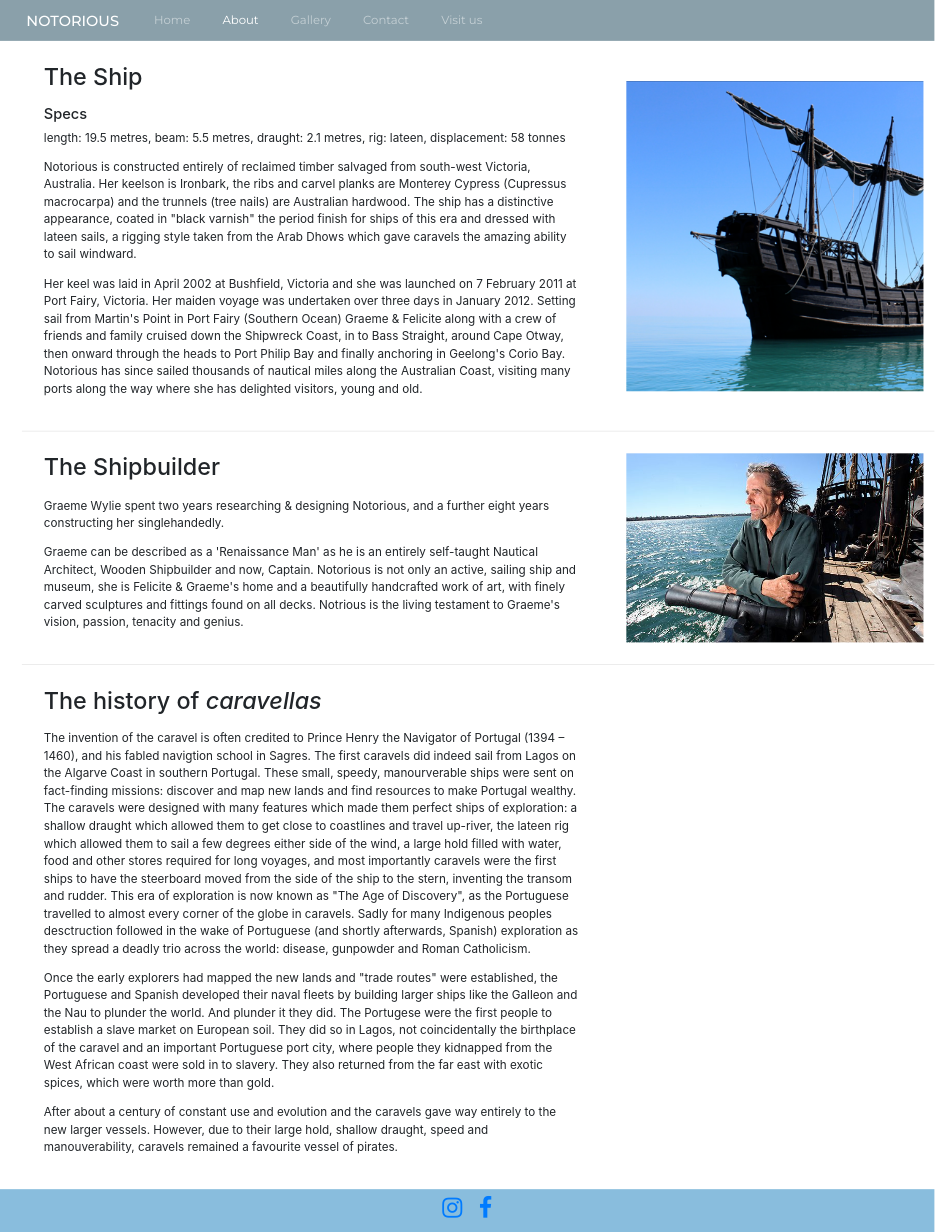
Repository: TSRose/NotorioustheShip
Page: about.html
The author's editor kept a record of every edit. The page is drawn from the files as they stood at one moment, then again after the next edit.
The browser window is 1280 px wide. The page is 1295 px wide, so the pictures cover 1295 px, including what lies to the right of the window. The pictures show the whole page, at 73% of full size.

Above is the page before.

After the next edit:
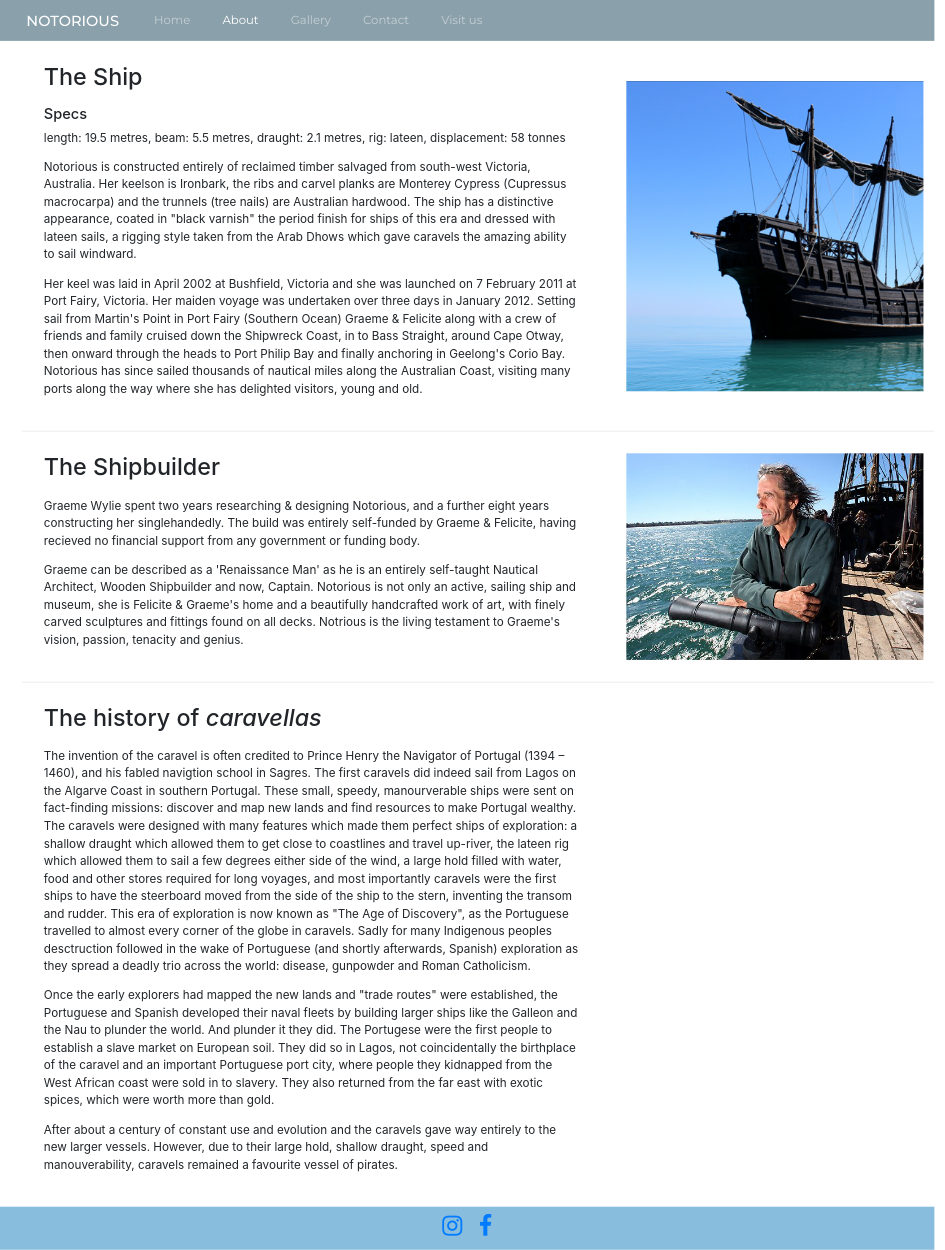
The edit:
--- a/about.html
+++ b/about.html
@@ -59,7 +59,8 @@
                 <div class="col-8 d-md-block">
                     <div class="thebuilder article-wrapper">
                         <h2>The Shipbuilder</h2>
-                        <p>Graeme Wylie spent two years researching & designing Notorious, and a further eight years constructing her singlehandedly. </p>
+                        <p>Graeme Wylie spent two years researching & designing Notorious, and a further eight years constructing her singlehandedly. The
+                        build was entirely self-funded by Graeme & Felicite, having recieved no financial support from any government or funding body.</p>
                         <p>Graeme can be described as a 'Renaissance Man' as he is an entirely self-taught Nautical Architect, Wooden Shipbuilder and now, Captain.
                         Notorious is not only an active, sailing ship and museum, she is Felicite & Graeme's home and a beautifully handcrafted work of art, with finely carved sculptures and fittings
                         found on all decks. Notrious is the living testament to Graeme's vision, passion, tenacity and genius.</p>
